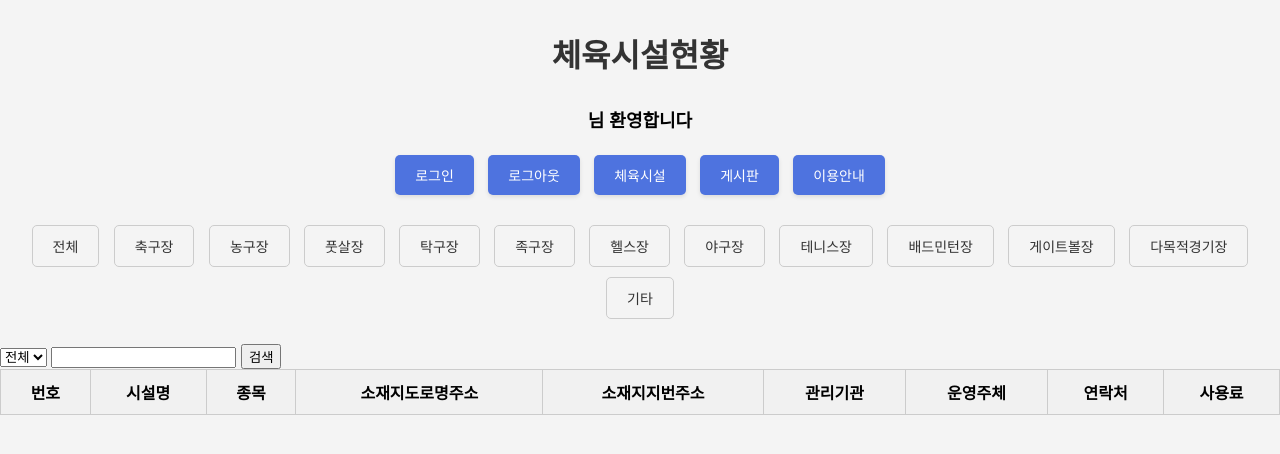
Repository: shinyunseok/portfolio1
Page: http://localhost/portfolio/WEB-INF/sport/getSportList.jsp
The author's editor kept a copy of each file at every save. The page is drawn from the files as they stood at one save, then again after the next save.
The browser window is 1280 px wide. The pictures show the whole page.
The page is served by Tomcat 10. Nobody is signed in. Other server files are loaded and not shown. The template is opened directly, without the code that normally fills it, so the values that code supplies are empty.

Above is the page before, as saved 2023-05-26 01:54:04.

### portfolio/src/main/webapp/WEB-INF/sport/getSportList.jsp
<%@ page language="java" contentType="text/html; charset=UTF-8"
    pageEncoding="UTF-8"%>
<%@ taglib prefix="c" uri="http://java.sun.com/jsp/jstl/core" %>
<!DOCTYPE html>
<html>
<head>
<meta charset="UTF-8">
<style>
        /* 전체 페이지 스타일 */
        body {
            font-family: Arial, sans-serif;
            background-color: #f4f4f4;
            margin: 0;
            padding: 0;
        }

        /* 컨테이너 스타일 */
        .container {
            max-width: 800px;
            margin: 0 auto;
            padding: 20px;
        }

        /* 제목 스타일 */
        h1 {
            text-align: center;
            margin: 30px 0;
            color: #333;
        }

        /* 내비게이션 스타일 */
        .navigation {
            margin-bottom: 20px;
            text-align: center;
        }

        .navigation h3 {
            margin-top: 0;
            font-size: 18px;
        }

        .navigation a {
            display: inline-block;
            margin: 5px;
            padding: 10px 20px;
            text-decoration: none;
            color: #fff;
            background-color: #4e73df;
            border-radius: 5px;
            transition: background-color 0.3s;
            font-size: 14px;
            border: none;
            cursor: pointer;
            box-shadow: 0 2px 4px rgba(0, 0, 0, 0.1);
        }

        .navigation a:hover {
            background-color: #3756a4;
        }

        /* 검색창 스타일 */
        .search-form {
            display: flex;
            justify-content: center;
            margin-bottom: 20px;
        }

        .search-form select,
        .search-form input[type="text"] {
            padding: 10px;
            border: 1px solid #ccc;
            border-radius: 4px;
        }

        .search-form select {
            margin-right: 10px;
        }

        .search-form button[type="submit"] {
            padding: 10px 20px;
            background-color: #4e73df;
            color: #fff;
            border: none;
            border-radius: 4px;
            cursor: pointer;
        }

        .search-form button[type="submit"]:hover {
            background-color: #3756a4;
        }

        /* 테이블 스타일 */
        table {
            width: 100%;
            border-collapse: collapse;
        }

        th, td {
            padding: 10px;
            border: 1px solid #ccc;
        }

        th {
            background-color: #f1f1f1;
            text-align: center;
        }

        td {
            text-align: left;
        }

        /* selectEvent 스타일 */
        .selectEvent {
            margin-bottom: 20px;
            text-align: center;
        }

        .selectEvent a {
            display: inline-block;
            margin: 5px;
            padding: 10px 20px;
            text-decoration: none;
            color: #333;
            border: 1px solid #ccc;
            border-radius: 5px;
            transition: background-color 0.3s;
            font-size: 14px;
            cursor: pointer;
        }

        .selectEvent a:hover {
            background-color: #f1f1f1;
        }
    </style>


<title>체육시설현황</title>
</head>
<body>
	<h1>체육시설현황</h1>
	<div class="navigation">
    <h3>${user_name}님 환영합니다</h3>
    <c:if test="${empty user_id}">
        <a href="login.do">로그인</a>
    </c:if>
    <a href="logout.do">로그아웃</a>
    <!-- <a href="insertUser.do">회원가입</a> -->
    <a href="getSportList.do">체육시설</a>
    <a href="#">게시판</a>
    <a href="#">이용안내</a>
</div>
<div class="selectEvent">
	<a href="getSportList.do">전체</a>
	<a href="getSportList.do?searchKeyword=축구">축구장</a>
	<a href="getSportList.do?searchKeyword=농구">농구장</a>
	<a href="getSportList.do?searchKeyword=풋살">풋살장</a>
	<a href="getSportList.do?searchKeyword=탁구">탁구장</a>
	<a href="getSportList.do?searchKeyword=족구">족구장</a>
	<a href="getSportList.do?searchKeyword=헬스">헬스장</a>
	<a href="getSportList.do?searchKeyword=야구">야구장</a>
	<a href="getSportList.do?searchKeyword=테니스">테니스장</a>
	<a href="getSportList.do?searchKeyword=배드민턴">배드민턴장</a>
	<a href="getSportList.do?searchKeyword=게이트볼">게이트볼장</a>
	<a href="getSportList.do?searchKeyword=다목적">다목적경기장</a>
	<a href="">기타</a>
</div>
<form action="">
	<select>
		<option>전체</option>
		<option>지역</option>
		<option>#</option>
		<option>#</option>
	</select>
	<input type="text" required="검색어를 입력하세요"> <button type="submit">검색</button>
	</form>
	<table>
		<tr>
			<th>번호</th>
			<th>시설명</th>
			<th>종목</th>
			<th>소재지도로명주소</th>
			<th>소재지지번주소</th>
			<th>관리기관</th>
			<th>운영주체</th>
			<th>연락처</th>
			<th>사용료</th>
		</tr>



		<c:forEach items="${sportList}" var="sport">
		<tr>
			<td>${sport.rnum }</td>
			<td>${sport.facility_name }</td>
			<td>${sport.event } </td>
			<td>${sport.road_address } </td>
			<td>${sport.landlot_address } </td>
			<td>${sport.management_agency } </td>
			<td>${sport.operating_entity } </td>
			<td>${sport.contact_number } </td>
			<td>${sport.usage_free } </td>
			<td> <a href="#"> 예약하기</a></td>
		</tr>
		</c:forEach>


	</table>

</body>
</html>

After the next save:
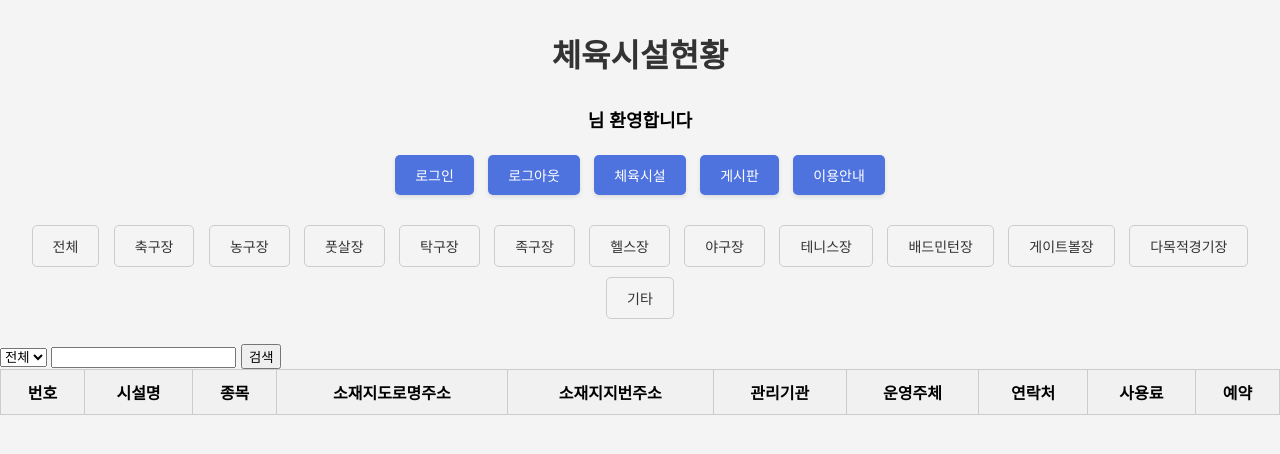
Saved 62 s later.
--- a/portfolio/src/main/webapp/WEB-INF/sport/getSportList.jsp
+++ b/portfolio/src/main/webapp/WEB-INF/sport/getSportList.jsp
@@ -184,6 +184,7 @@
 			<th>운영주체</th>
 			<th>연락처</th>
 			<th>사용료</th>
+			<th>예약</th>
 		</tr>
 
 
